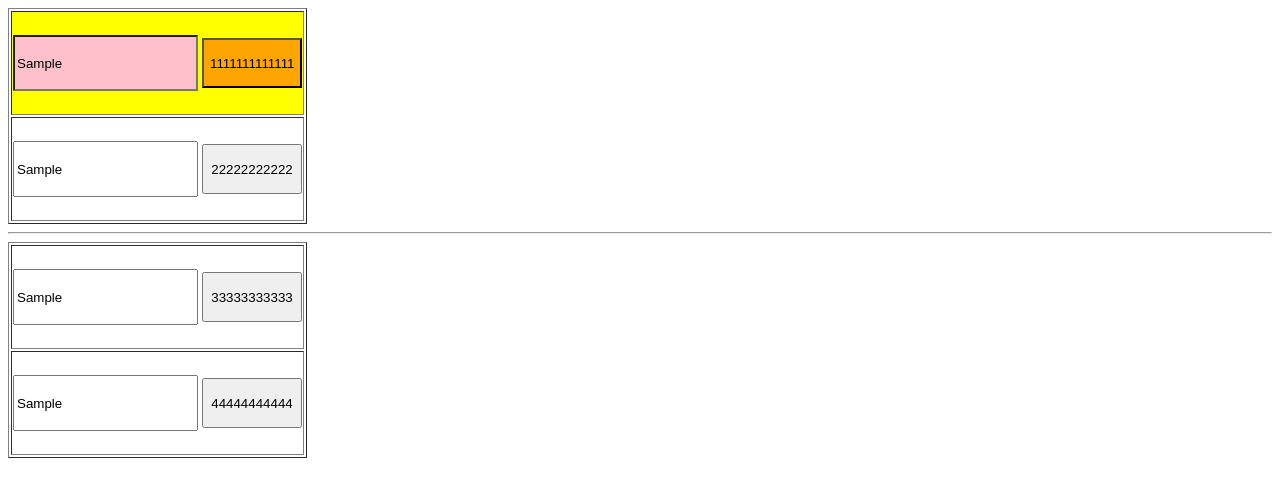
Repository: womss/sexyguy
Page: Spring/Feb14_1_jQuery/WebContent/2_DOM_Select.html
The author's editor kept a copy of each file at every save. The page is drawn from the files as they stood at one save, then again after the next save.
The browser window is 1280 px wide. The pictures show the whole page.
Empty fields were first filled with sample values (such as "Sample", 5 or name@example.com).
After loading, the first visible `td` was clicked once.

Above is the page before, as saved 2025-02-14 02:49:03.

After the next save:
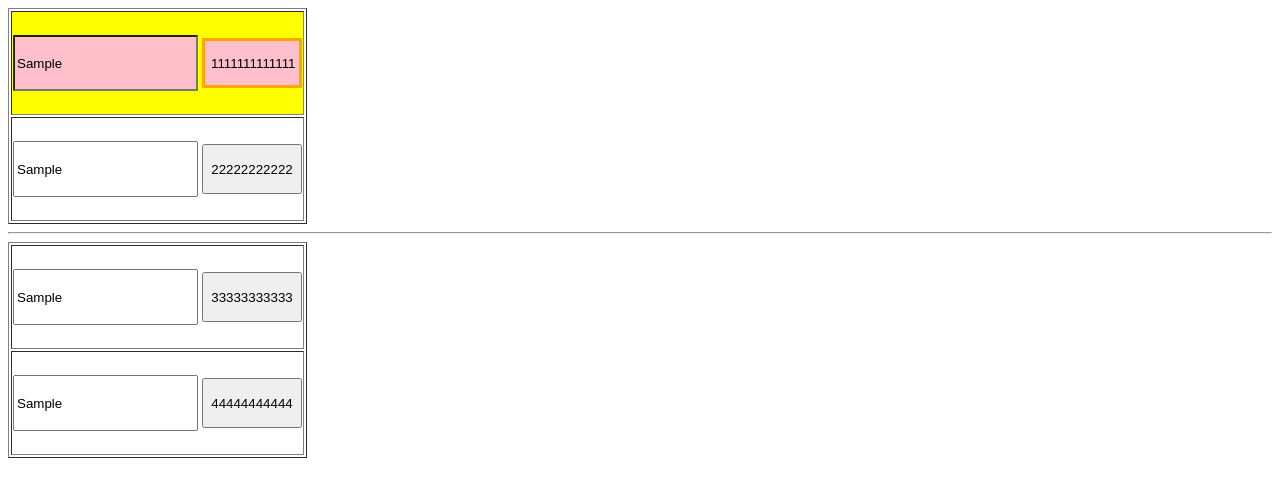
Saved 23 s later.
--- a/Spring/Feb14_1_jQuery/WebContent/2_DOM_Select.html
+++ b/Spring/Feb14_1_jQuery/WebContent/2_DOM_Select.html
@@ -45,7 +45,7 @@
 		$("td").click(function() {
 			$(this).css("background-color", "yellow");
 			$(this).children().css("background-color", "pink");
-			$(this).find("button").css("background-color", "orange");
+			$(this).find("button").css("border", "orange solid 3px");
 
 		});
 
